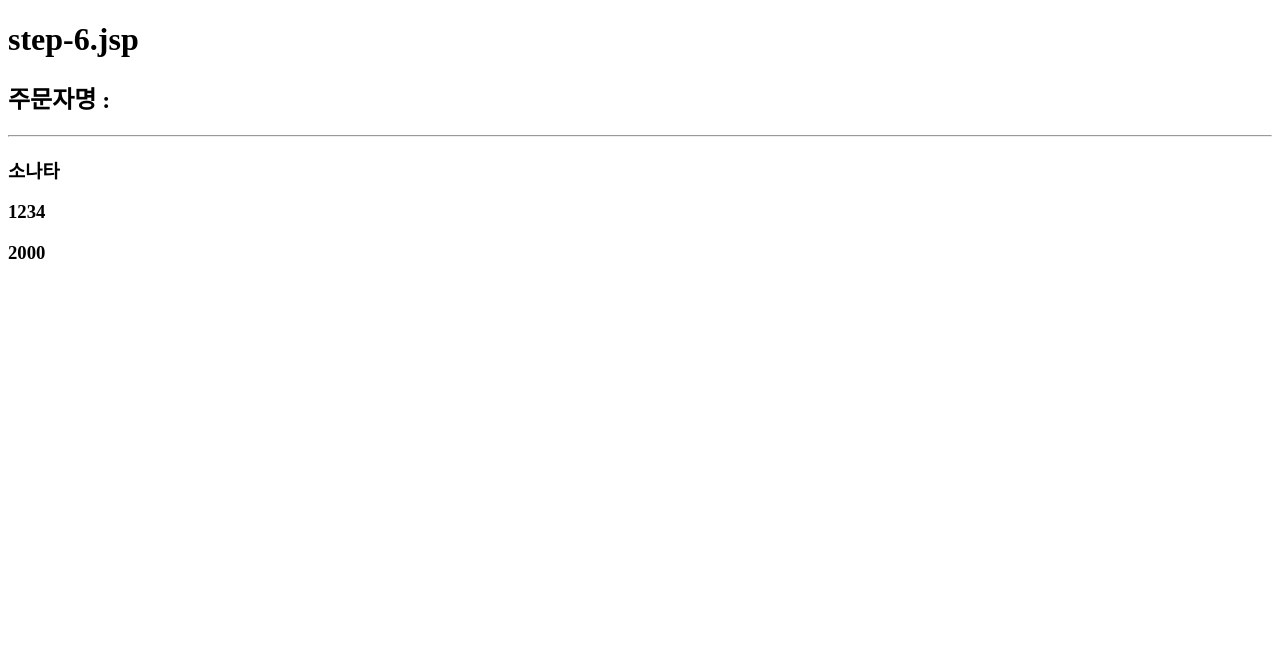
Repository: dtkd19/jsp-jstl_241021
Page: http://localhost/jstl_study/step-6.jsp
These files come from the project's save history. The page is drawn as it stood at one moment and after the next save; the edit follows.
The browser window is 1280 px wide. The pictures show the whole page.
The page is served by Tomcat 9. Other server files are loaded and not shown.

Above is the page before, as saved 2024-10-21 06:57:40.

### jstl_study/src/main/webapp/step-6.jsp
<%@ page language="java" contentType="text/html; charset=UTF-8"
    pageEncoding="UTF-8"%>
    <%@ page import="jstl_study.Car" %>
    <%@ page import="java.util.ArrayList" %>
    <%@ taglib uri="http://java.sun.com/jsp/jstl/core" prefix="c"%>
<!DOCTYPE html>
<html>
<head>
<meta charset="UTF-8">
<title>Insert title here</title>
</head>
<body>
	<h1>step-6.jsp</h1>

	<h2>주문자명 : ${param.customer }</h2>
	<c:forEach items="${paramValues.menu }" var="m" varStatus="i">
	<h3> ${i.count }. ${m }</h3>
	</c:forEach>

	<hr>

	<%
	Car car = new Car("1234","소나타",2000);
	request.setAttribute("car", car);

	%>
	<!-- car 객체를 출력 -->
	<h3>${requestScope.car.name }</h3>
	<h3>${car.num }</h3>
	<h3>${car.price }</h3>

	<%
	ArrayList<Car> list = new ArrayList<>();
	list.add(car);
	list.add(new Car("4567","모닝",1500));
	list.add(new Car("1111","그렌저",3500));
	list.add(new Car("2222","스파크",1500));
	// request.setAttribute("list", list);
	// session 객체는 다른 jsp에서도 사용 가능
	session.setAttribute("list", list);
	%>


	<c:forEach items="${requestScope.list }" var="c" varStatus="i">
	<h3>${i.count }. ${c }</h3>
	</c:forEach>

	<c:forEach items="${requestScope.list }" var="c" varStatus="i">
	<h3>${i.count }. ${c.num} / ${c.name } (${c.price})</h3>
	</c:forEach>




</body>
</html>

### jstl_study/src/main/java/jstl_study/Car.java
package jstl_study;


public class Car {
// num / name / price
	private String num;
	private String name;
	private int price;

	public Car() {}
	public Car(String num, String name, int price) {
		this.num = num;
		this.name = name;
		this.price = price;
	}
	public String getNum() {
		return num;
	}
	public void setNum(String num) {
		this.num = num;
	}
	public String getName() {
		return name;
	}
	public void setName(String name) {
		this.name = name;
	}
	public int getPrice() {
		return price;
	}
	public void setPrice(int price) {
		this.price = price;
	}

	@Override
	public String toString() {
		return "Car [num=" + num + ", name=" + name + ", price=" + price + "]";
	}



}

After the next save:
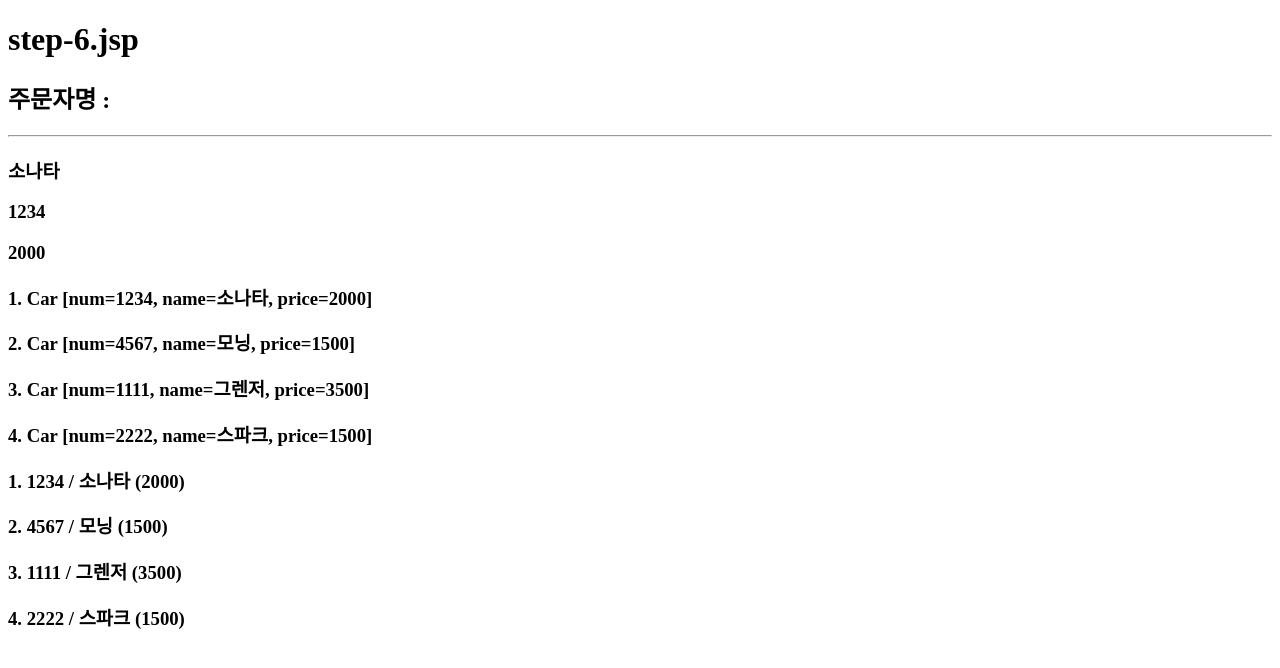
Saved 5 s later.
--- a/jstl_study/src/main/webapp/step-6.jsp
+++ b/jstl_study/src/main/webapp/step-6.jsp
@@ -41,11 +41,11 @@
 	%>
 
 
-	<c:forEach items="${requestScope.list }" var="c" varStatus="i">
+	<c:forEach items="${list }" var="c" varStatus="i">
 	<h3>${i.count }. ${c }</h3>
 	</c:forEach>
 
-	<c:forEach items="${requestScope.list }" var="c" varStatus="i">
+	<c:forEach items="${list }" var="c" varStatus="i">
 	<h3>${i.count }. ${c.num} / ${c.name } (${c.price})</h3>
 	</c:forEach>
 
